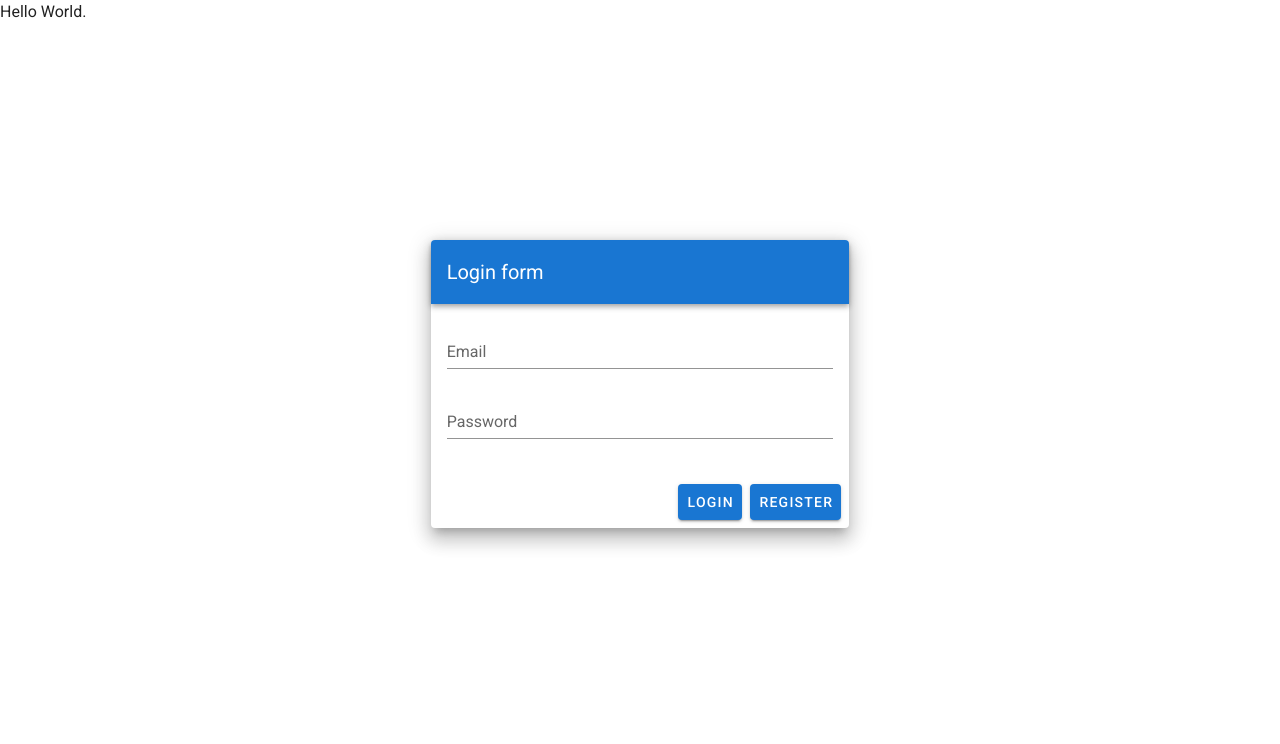
Repository: pao741/vue-todo
Page: /#/
The author's editor kept a copy of each file at every save. The page is drawn from the files as they stood at one save, then again after a run of saves.
The browser window is 1280 px wide. The pictures show the whole page.
The page's requests for data from a server got no answer. The project was rebuilt for these pictures with package versions that can differ from the ones it lists, and the page was loaded fresh each time. No one was signed in, and anything a server would have sent is missing. Also part of the build but not shown: vue.config.js, src/components/Register.vue, src/components/HelloWorld.vue.

Above is the page before, as saved 2021-02-08 17:17:17.

### src/main.js
import Vue from 'vue';
// import Vuex from 'vuex';
// import VueRouter from 'vue-router';
import App from './App.vue';
import vuetify from './plugins/vuetify';
import firebase from 'firebase';
import router from './router';

import 'vuetify/dist/vuetify.min.css';

const firebaseConfig = {
  apiKey: 'AIzaSyDDoWONGwbdeV8-j0yTCmUjzBNPDUFN7Q8',
  authDomain: 'vue-todo-ae3e5.firebaseapp.com',
  projectId: 'vue-todo-ae3e5',
  storageBucket: 'vue-todo-ae3e5.appspot.com',
  messagingSenderId: '816401963007',
  appId: '1:816401963007:web:1f3f49cc385198e51af9ca',
  measurementId: 'G-G9PREJ9C9D',
};
// Initialize Firebase
firebase.initializeApp(firebaseConfig);
firebase.analytics();

Vue.config.productionTip = false;
// Vue.use(Vuex);

new Vue({
  vuetify,
  router,
  render: (h) => h(App),
}).$mount('#app');

### src/App.vue
<template>
  <v-app>
    <v-main>
      <div>
        <!-- <router-view to="Login">Log in</router-view> -->
        <router-view to="Register">Register</router-view>
        <!-- <router-view to="HelloWorld">HelloWorld</router-view> -->
        <!-- <router-view to="login"></router-view> -->
        <Login />
      </div>
    </v-main>
  </v-app>
</template>

<script>
import Login from "./components/Login";

export default {
  name: "App",

  components: {
    Login
  },

  data: () => ({
    //
  })
};
</script>

### src/router/index.js
import Vue from 'vue';
import Router from 'vue-router';

import Login from '../components/Login';
import Main from '../components/Main';
import Register from '../components/Register';
import HelloWorld from '../components/HelloWorld';

Vue.use(Router);

export default new Router({
  routes: [
    {
      path: '/HelloWorld',
      name: 'HelloWorld',
      component: HelloWorld,
    },
    {
      path: '/',
      name: 'Main',
      component: Main,
    },
    {
      path: '/login',
      name: 'Login',
      component: Login,
    },
    {
      path: '/register',
      name: 'Register',
      component: Register,
    },
  ],
});

### src/components/Login.vue
<template>
  <v-app id="Log in">
    <v-content>
      <v-container fluid fill-height>
        <v-layout align-center justify-center>
          <v-flex xs12 sm8 md4>
            <v-card class="elevation-12">
              <v-toolbar dark color="primary">
                <v-toolbar-title>Login form</v-toolbar-title>
              </v-toolbar>
              <v-card-text>
                <v-form>
                  <v-text-field
                    name="email"
                    label="Email"
                    type="text"
                  ></v-text-field>
                  <v-text-field
                    id="password"
                    name="password"
                    label="Password"
                    type="password"
                  ></v-text-field>
                </v-form>
              </v-card-text>
              <v-card-actions>
                <v-spacer></v-spacer>
                <v-btn color="primary" @click="login">Login</v-btn>
                <v-btn color="primary" @click="$router.push('register')"
                  >Register</v-btn
                >
              </v-card-actions>
            </v-card>
          </v-flex>
        </v-layout>
      </v-container>
    </v-content>
  </v-app>
</template>

<script>
import firebase from "firebase";

export default {
  name: "Login",
  props: {
    source: String
  },
  data() {
    return {
      email: "",
      password: ""
    };
  },
  methods: {
    login() {
      firebase
        .auth()
        .signInWithEmailAndPassword(this.email, this.password)
        .then(user => {
          console.log(user.data);
        })
        .catch(error => {
          alert(error);
        });
    }
  }
};
</script>

<style></style>

### src/components/Main.vue
<template>
  <div>
    Hello World.
  </div>
</template>

<script>
export default {
  //   name: "Log In"
};
</script>

Loaded but not shown: public/index.html (common file); src/plugins/vuetify.js (common file)

After the next 2 saves:
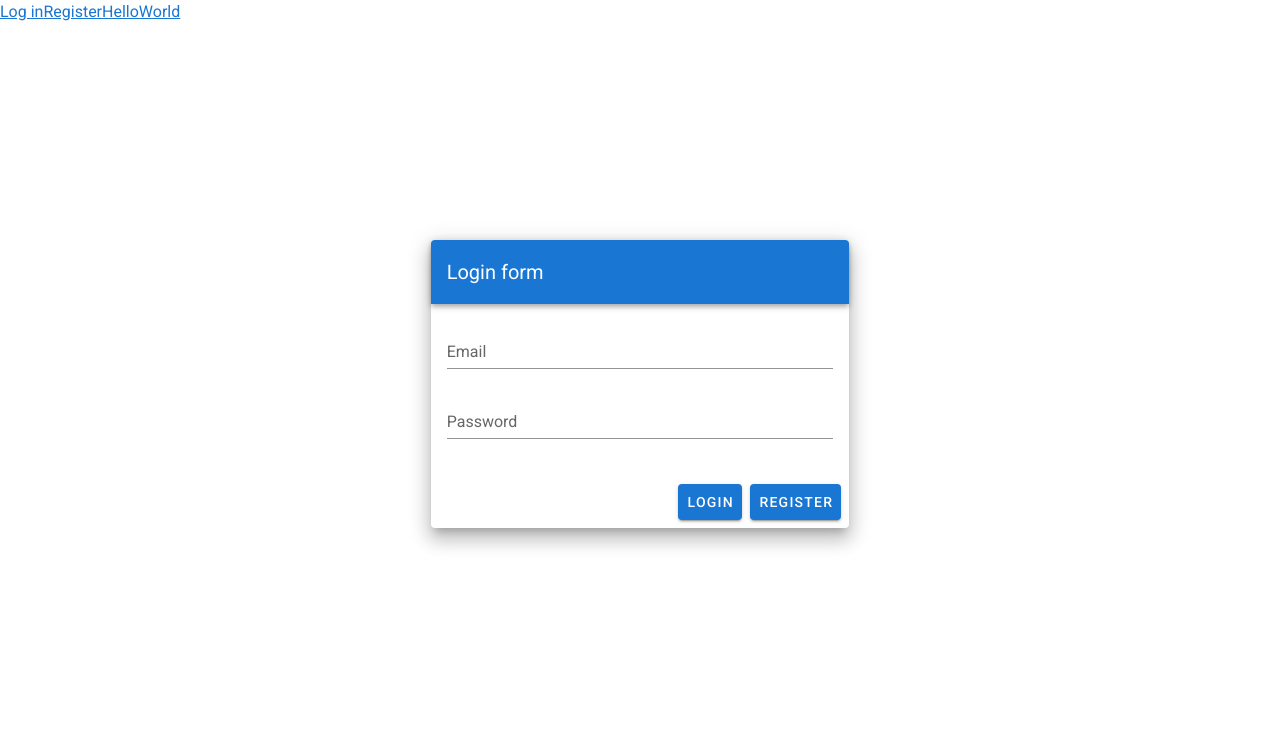
The 2 saves are shown as one change because 1 did not build or start.
The last was saved 71 s later.
--- a/src/App.vue
+++ b/src/App.vue
@@ -2,10 +2,10 @@
   <v-app>
     <v-main>
       <div>
-        <!-- <router-view to="Login">Log in</router-view> -->
-        <router-view to="Register">Register</router-view>
-        <!-- <router-view to="HelloWorld">HelloWorld</router-view> -->
-        <!-- <router-view to="login"></router-view> -->
+        <router-link to="Login">Log in</router-link>
+        <router-link to="Register">Register</router-link>
+        <router-link to="HelloWorld">HelloWorld</router-link>
+        <router-link to="login"></router-link>
         <Login />
       </div>
     </v-main>
